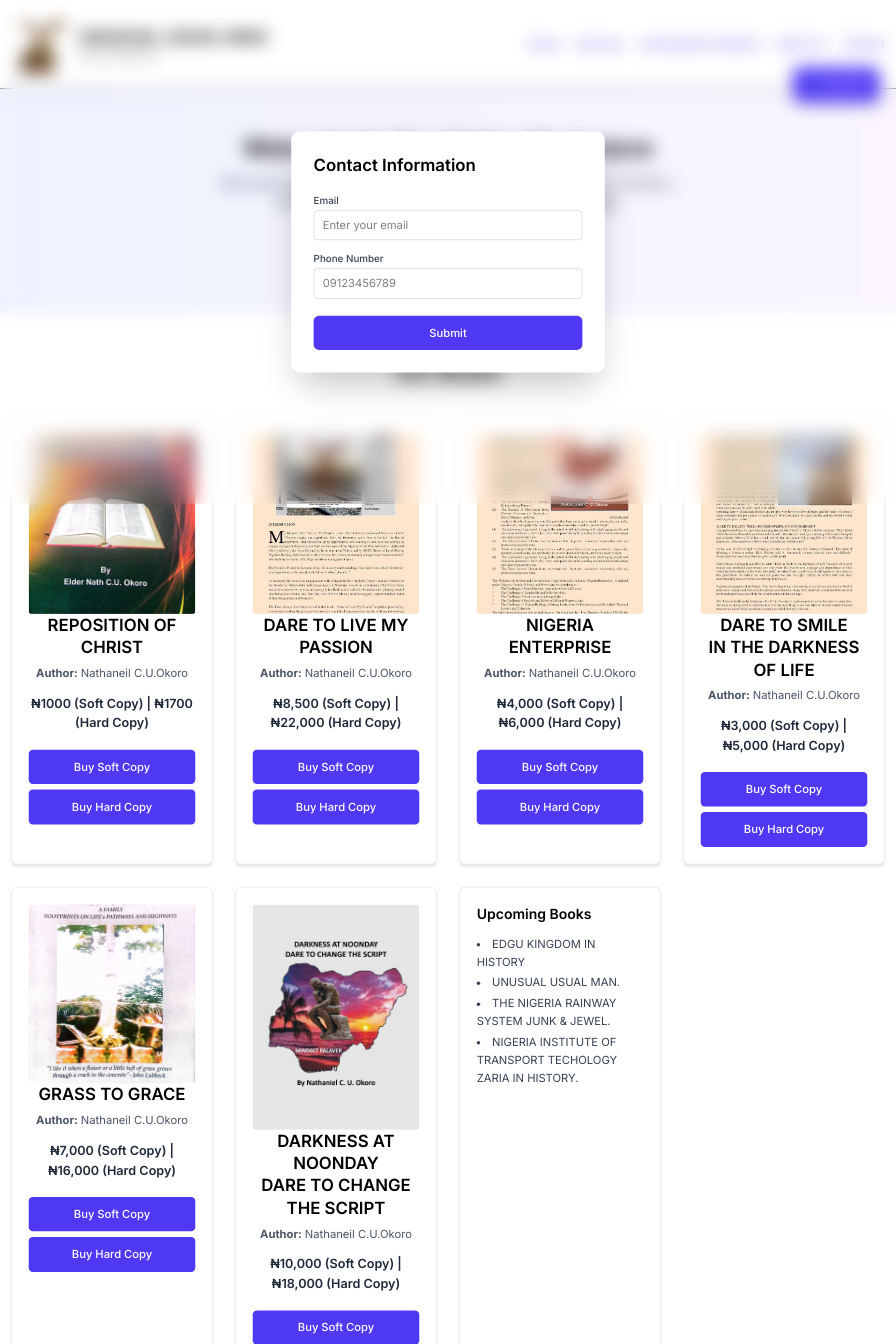
Repository: Rickyy1017/online-bookstore
Page: / (app in frontend/)
These files come from the project's save history. The page is drawn as it stood at one moment and after the next save; the edit follows.
The browser window is 1280 px wide. The pictures show the part of the page from y = 0 to 1920 px (the page is 4488 px tall), at 70% of full size.
The project was rebuilt for these pictures with package versions that can differ from the ones it lists, and the page was loaded fresh each time. The framework's server and built-in components were replaced by stand-ins that run in the browser. Also part of the build but not shown: frontend/next.config.ts.

Above is the page before, as saved 2025-10-16 21:34:10.

After the next save:
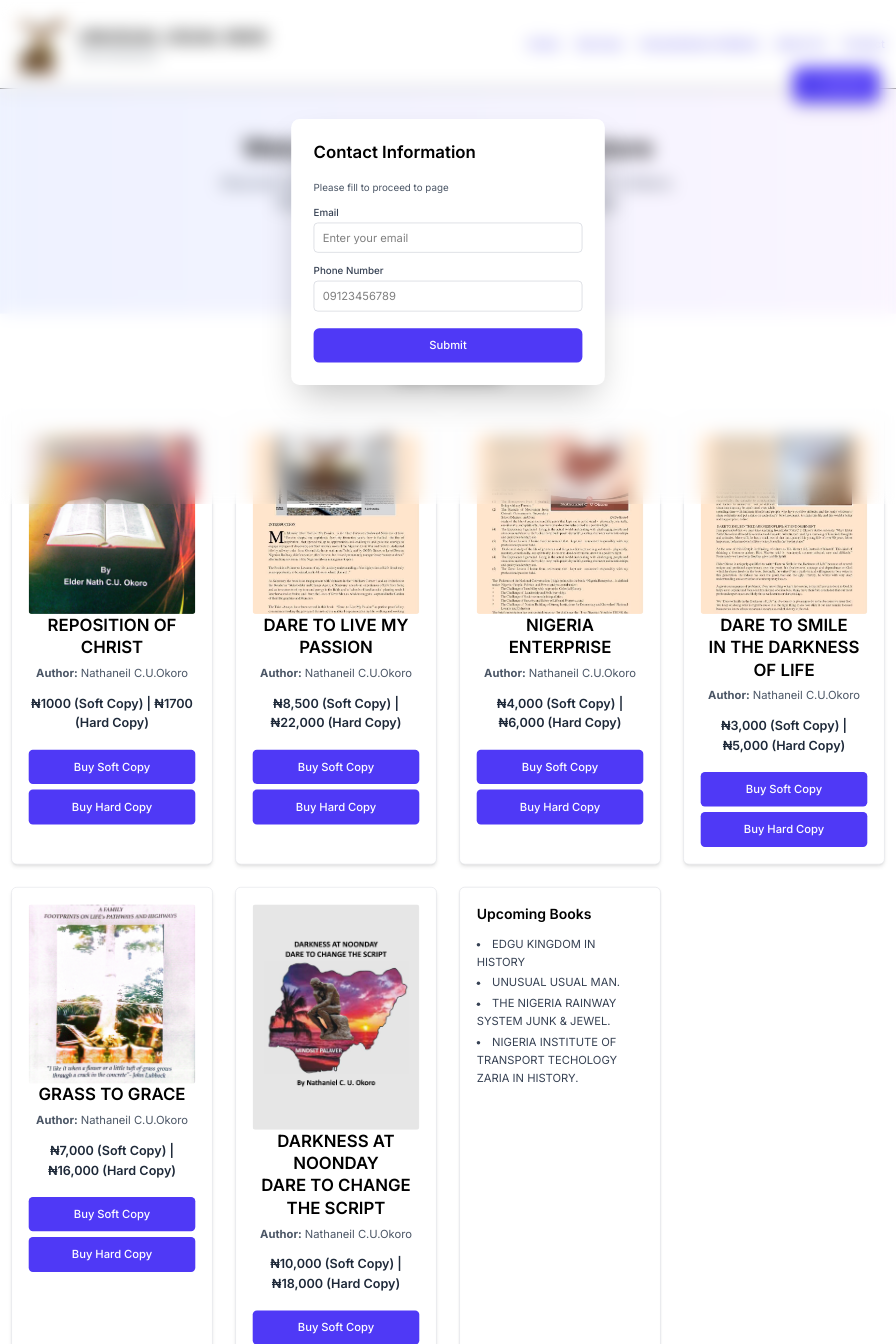
Saved 74 s later.
--- a/frontend/app/page.tsx
+++ b/frontend/app/page.tsx
@@ -305,6 +305,7 @@ export default function Page() {
             <div className="flex justify-between items-center mb-6">
               <h2 className="text-2xl font-bold text-gray-900">Contact Information</h2>
             </div>
+            <p className="text-sm text-gray-600 mb-4">Please fill to proceed to page</p>
             <div className="space-y-4">
               <div>
                 <label className="block text-sm font-medium text-gray-700 mb-1">Email</label>
